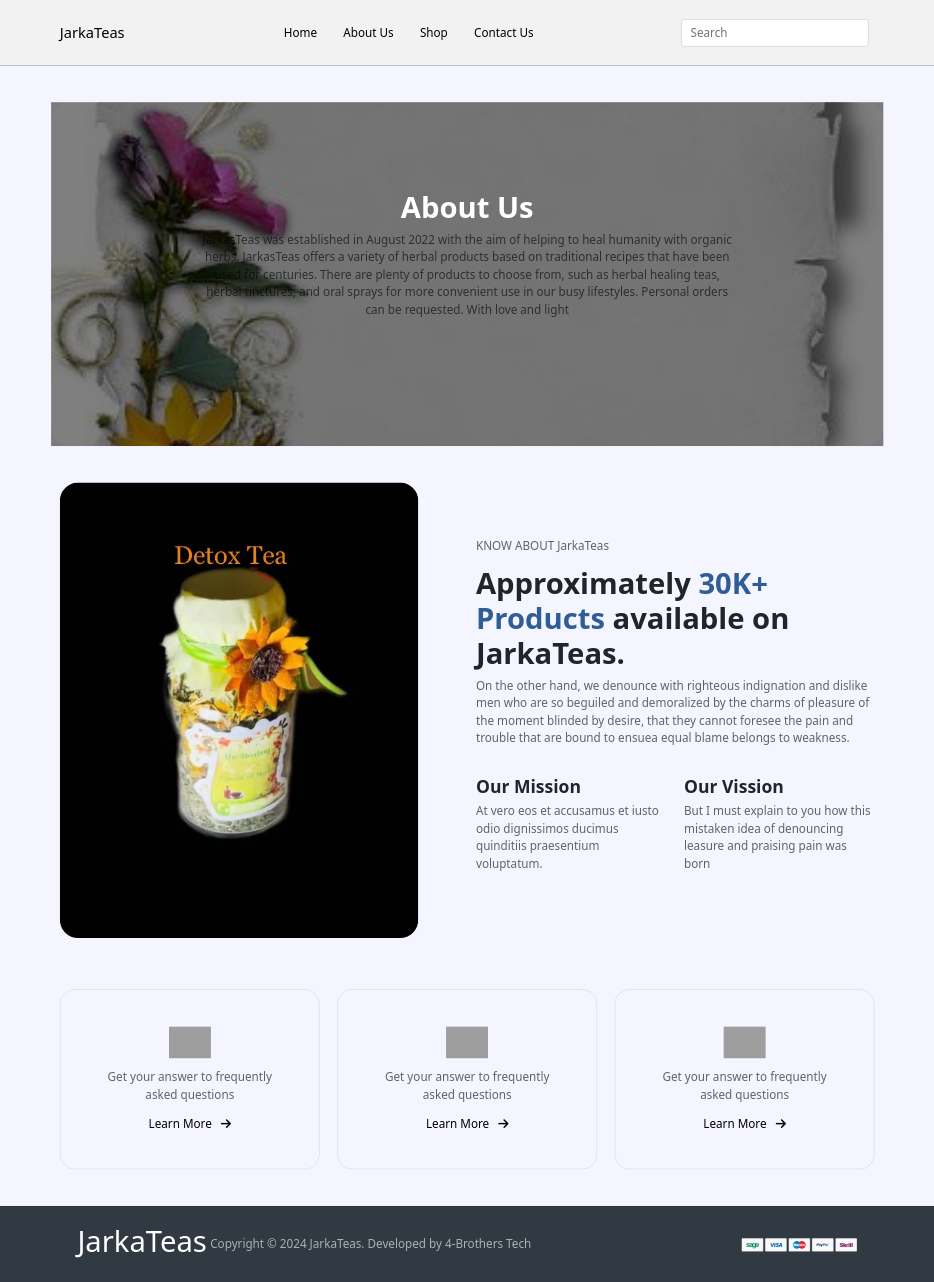
Repository: ZainAkbar51214/jarka
Page: about-us.html
An editor plug-in stored every save of this project. The page is shown before and after the next save, followed by the edit.
The browser window is 1280 px wide. The pictures show the whole page, at 73% of full size.
Pictures or frames that could not be fetched are drawn as grey boxes. Some web libraries are served in a nearby version.

Above is the page before, as saved 2024-06-14 00:43:33.

### about-us.html
<!DOCTYPE html>
<html lang="en">

<head>
    <meta charset="UTF-8">
    <meta name="viewport" content="width=device-width, initial-scale=1.0">
    <title>About Us</title>
    <!-- jquery cdn -->
    <script src="https://ajax.googleapis.com/ajax/libs/jquery/3.2.1/jquery.min.js"></script>

    <!-- Bootstrap cdn -->
    <link href="https://cdn.jsdelivr.net/npm/bootstrap@5.0.2/dist/css/bootstrap.min.css" rel="stylesheet"
        integrity="sha384-EVSTQN3/azprG1Anm3QDgpJLIm9Nao0Yz1ztcQTwFspd3yD65VohhpuuCOmLASjC" crossorigin="anonymous">

    <!-- Fontawesome cdn -->
    <link rel="stylesheet" href="https://cdnjs.cloudflare.com/ajax/libs/font-awesome/6.4.0/css/all.min.css"
        integrity="sha512-iecdLmaskl7CVkqkXNQ/ZH/XLlvWZOJyj7Yy7tcenmpD1ypASozpmT/E0iPtmFIB46ZmdtAc9eNBvH0H/ZpiBw=="
        crossorigin="anonymous" referrerpolicy="no-referrer" />
    <!-- custom css -->
    <link rel="stylesheet" href="css/style.css">
    <!-- responsive css -->
    <link rel="stylesheet" href="css/responsive.css">

    <!-- slider  -->
    <link rel="stylesheet" href="https://cdnjs.cloudflare.com/ajax/libs/slick-carousel/1.8.1/slick-theme.css"
        integrity="sha512-6lLUdeQ5uheMFbWm3CP271l14RsX1xtx+J5x2yeIDkkiBpeVTNhTqijME7GgRKKi6hCqovwCoBTlRBEC20M8Mg=="
        crossorigin="anonymous" referrerpolicy="no-referrer" />
    <link rel="stylesheet" href="https://cdnjs.cloudflare.com/ajax/libs/slick-carousel/1.8.1/slick-theme.min.css"
        integrity="sha512-17EgCFERpgZKcm0j0fEq1YCJuyAWdz9KUtv1EjVuaOz8pDnh/0nZxmU6BBXwaaxqoi9PQXnRWqlcDB027hgv9A=="
        crossorigin="anonymous" referrerpolicy="no-referrer" />
    <link rel="stylesheet" href="https://cdnjs.cloudflare.com/ajax/libs/slick-carousel/1.8.1/slick.css"
        integrity="sha512-wR4oNhLBHf7smjy0K4oqzdWumd+r5/+6QO/vDda76MW5iug4PT7v86FoEkySIJft3XA0Ae6axhIvHrqwm793Nw=="
        crossorigin="anonymous" referrerpolicy="no-referrer" />
    <link rel="stylesheet" href="https://cdnjs.cloudflare.com/ajax/libs/slick-carousel/1.8.1/slick.min.css"
        integrity="sha512-yHknP1/AwR+yx26cB1y0cjvQUMvEa2PFzt1c9LlS4pRQ5NOTZFWbhBig+X9G9eYW/8m0/4OXNx8pxJ6z57x0dw=="
        crossorigin="anonymous" referrerpolicy="no-referrer" />

</head>

<body>
    <div class="container-fluid nav_main">
        <div class="container">
            <div class="row">
                <div class="col-md-12">
                    <nav class="navbar navbar-expand-lg navbar-light">
                        <a class="navbar-brand" href="index.html"> JarkaTeas</a>
                        <button class="navbar-toggler" type="button" data-bs-toggle="collapse"
                            data-bs-target="#navbarSupportedContent" aria-controls="navbarSupportedContent"
                            aria-expanded="false" aria-label="Toggle navigation">
                            <span class="navbar-toggler-icon"></span>
                        </button>
                        <div class="collapse navbar-collapse" id="navbarSupportedContent">
                            <ul class="navbar-nav nav_ul mx-auto mb-2 mb-lg-0">
                                <li class="nav-item">
                                    <a class="nav-link active" aria-current="page" href="index.html">Home</a>
                                </li>
                                <li class="nav-item">
                                    <a class="nav-link" href="about-us.html">About Us</a>
                                </li>
                                <li class="nav-item">
                                    <a class="nav-link" href="shop.html">Shop</a>
                                </li>
                                <li class="nav-item">
                                    <a class="nav-link" href="contact-us.html">Contact Us</a>
                                </li>



                            </ul>
                            <form class="d-flex search-nav">
                                <input class="form-control me-2" type="search" placeholder="Search" aria-label="Search">
                            </form>
                        </div>
                    </nav>
                </div>
            </div>
        </div>
    </div>


    <!-- Hero Section start -->
    <div class="container-fluid about-hero">
        <div class="container">
            <div class="row">
                <div class="col-md-12 text-center about-hero-text">
                    <h1><b>About Us</b></h1>
                    <div class="row">
                        <div class="col-md-2"></div>
                        <div class="col-md-8">
                            <p>JarkasTeas was established in August 2022 with the aim of helping to heal humanity with
                                organic herbs. JarkasTeas offers a variety of herbal products based on traditional
                                recipes that have been used for centuries. There are plenty of products to choose from,
                                such as herbal healing teas, herbal tinctures, and oral sprays for more convenient use
                                in our busy lifestyles. Personal orders can be requested.


                                With love and light</p>
                        </div>
                        <div class="col-md-2"></div>
                    </div>
                </div>

                <div class="col-md-12 about-hero-img">
                    <!-- <img src="img/about-hero-sec.jpeg" width="100%" alt=""> -->
                </div>
            </div>
        </div>
    </div>

    <!-- Approximately Section -->

    <div class="container-fluid approximately">
        <div class="container">
            <div class="row d-flex align-items-center">
                <div class="col-md-6 approximately-img-col">
                    <img src="img/Detox Tea .JPG" width="90%" alt="">
                </div>
                <div class="col-md-6 approximately-text-col">
                    <p>KNOW ABOUT JarkaTeas</p>
                    <h1><b>Approximately <span>30K+ Products</span> available on JarkaTeas.</b></h1>
                    <p>On the other hand, we denounce with righteous indignation and dislike men who are so beguiled and
                        demoralized by the charms of pleasure of the moment blinded by desire, that they cannot foresee
                        the pain and trouble that are bound to ensuea equal blame belongs to weakness.</p>
                    <div class="row approximately-second-row">
                        <div class="col-md-6">
                            <h4><b>Our Mission</b></h4>
                            <p>At vero eos et accusamus et iusto odio dignissimos ducimus quinditiis praesentium
                                voluptatum.</p>
                        </div>
                        <div class="col-md-6">
                            <h4><b>Our Vission</b></h4>
                            <p>But I must explain to you how this mistaken idea of denouncing leasure and praising pain
                                was born</p>
                        </div>
                    </div>
                </div>
            </div>
        </div>
    </div>


    <!-- Get your answer -->
    <div class="container-fluid question-mark">
        <div class="container">
            <div class="row">
                <div class="col-md-4">
                    <div class="box-about">
                        <img src="img/question mark.png" width="58px" alt="">
                        <p>Get your answer to frequently asked questions</p>
                        <a href="">Learn More &nbsp; <i class="fa-solid fa-arrow-right"></i></a>
                    </div>
                </div>
                <div class="col-md-4">
                    <div class="box-about">
                        <img src="img/icon.png" width="58px" alt="">
                        <p>Get your answer to frequently asked questions</p>
                        <a href="">Learn More &nbsp; <i class="fa-solid fa-arrow-right"></i></a>
                    </div>
                </div>
                <div class="col-md-4">
                    <div class="box-about">
                        <img src="img/contact us.png" width="58px" alt="">
                        <p>Get your answer to frequently asked questions</p>
                        <a href="">Learn More &nbsp; <i class="fa-solid fa-arrow-right"></i></a>
                    </div>
                </div>
            </div>
        </div>
    </div>


    <!-- Footer -->
    <div class="container-fluid footer-bg">
        <div class="container">

            <div class="row p-4 align-items-center">
                <div class="col-md-2">
                    <h1> JarkaTeas</h1>
                </div>
                <div class="col-md-8 footer-last">
                    <span class="para">Copyright © 2024 JarkaTeas. Developed by 4-Brothers Tech</span>
                </div>
                <div class="col-md-2 d-flex align-items-end">
                    <a href=""><img src="img/Payment 1.png" width="100%" alt=""></a>
                </div>
            </div>
        </div>
    </div>


    <!-- Bootstrap script -->
    <script src="https://cdn.jsdelivr.net/npm/@popperjs/core@2.9.2/dist/umd/popper.min.js"
        integrity="sha384-IQsoLXl5PILFhosVNubq5LC7Qb9DXgDA9i+tQ8Zj3iwWAwPtgFTxbJ8NT4GN1R8p" crossorigin="anonymous">
    </script>
    <script src="https://cdn.jsdelivr.net/npm/bootstrap@5.0.2/dist/js/bootstrap.min.js"
        integrity="sha384-cVKIPhGWiC2Al4u+LWgxfKTRIcfu0JTxR+EQDz/bgldoEyl4H0zUF0QKbrJ0EcQF" crossorigin="anonymous">
    </script>

</body>

</html>

### css/responsive.css
@media (max-width: 1199px) {
    .counter-bor {
        width: 70px;
    }
}

@media (max-width: 991px) {
    .nav_main {
        background-color: #F2F2F2;
        height: auto;
        display: flex;
        align-items: center;
        border-bottom: none;
    }

    #thumbnails img {
        width: 100px;
        height: 100px;
        margin: 2px;
        cursor: pointer;
        padding: 10px;
    }
}

@media (max-width: 780px) {
    .nav_main {
        background-color: #F2F2F2;
        height: auto;
        display: flex;
        align-items: center;
        border-bottom: none;
    }
}

@media (max-width: 780px) {
    .shoping-cart-flex {
        display: flex;
        justify-content: start;
        align-items: center;
    }
}

@media (max-width: 767px) {
    .input-col .btn-all {
        margin-top: 0px !important;
        width: 100%;
        height: 47px;
        margin-top: 10px !important;
    }
}

@media (max-width: 475px) {
    .sec-bg {
        background-image: url(../img/WhatsApp\ Image\ 2024-06-10\ at\ 10.41.28\ PM.jpeg);
        background-position: center;
        background-repeat: no-repeat;
        background-size: cover;
        width: 100%;
        min-height: 200px;
        display: flex;
        align-items: center;
        margin-top: 30px;
        padding: 0px;
        border-radius: 0px;
    }
    .shop-bg{
        background-position: center !important;
    }

    #thumbnails img {
        width: 85px;
        height: 85px;
        margin: 2px;
        cursor: pointer;
        padding: 10px;
    }
    #main{
        height: 100%!important;
        padding: 0 !important;
    }


    .wrapper {
        padding: 10px 0;
    }

    .right_nav a {
        margin: 5px;
    }

    .bg-linear {
        background-image: linear-gradient(to right, rgba(217, 217, 217, 0.68), rgba(217, 217, 217, 0));
        border-radius: 20px;
    }

    .bg-linear img {
        z-index: -1;
        position: relative;
        border-radius: 20px;
        width: 100%;
    }

    .lookout-col-two {
        margin-top: 30px;
    }

    .box img {
        width: 100%;
    }

    .btn-all {
        background-color: #2F5D98;
        border-radius: 100px;
        font-size: 16px;
        padding-left: 20px;
        padding-right: 20px;
        margin-top: 20px;
        border: transparent !important;
    }

    .btn-all:hover {
        background-color: #2F5D98;
    }

    .shop-our {
        margin-top: 50px;
    }

    .slick-prev {
        display: none !important;
    }

    .slick-next {
        display: none !important;
    }

    .my-slider {
        padding: 0px;
    }
    .my-slider2 {
        padding: 5px;
    }
    .my-slider2 .slick-list .slick-track .slick-slide div .row .col-md-6 img{
        margin-left: 25px !important;
    }
    .review-col{
        text-align: center;
        margin-left: 25px;
    }
    .footer-col-1 {
        display: flex;
        justify-content: center;
    }

    .footer-col-2 {
        text-align: center;
        margin-top: 20px;
    }

    .company-footer h5 {
        opacity: 0.6;
        margin-top: 50px;
    }

    .footer-right h5 {
        margin-top: 50px;
    }

    .input-col button {
        margin-top: 20px !important;
        width: 100%;
        height: 47px;
    }

    .input-col {
        display: flex;
        justify-content: center;
        align-items: center;
        flex-direction: row;
    }

    .leave-review-input-row{
        margin-top: 0;
    }

    /* About Css */
    .about-hero-img {
        margin-top: 0px;
        order: -1;
    }

    .about-hero-text {
        margin-top: 20px;
    }

    .approximately-img-col img {
        width: 100% !important;
    }

    .approximately-text-col {
        margin-top: 20px;
        text-align: center;
    }

    .btn-cart {
        display: flex;
        justify-content: center;
        margin-top: 20px;
    }
}

@media (max-width: 320px) {
    .bg-linear {
        background-image: linear-gradient(to right, rgba(217, 217, 217, 0.68), rgba(217, 217, 217, 0));
        border-radius: 20px;
    }

    .bg-linear img {
        z-index: -1;
        position: relative;
        border-radius: 20px;
        width: 100%;
    }

    .my-slider {
        padding: 10px;
    }

    .lookout-col-two {
        margin-top: 30px;
    }

    .box img {
        width: 100%;
    }

    .box h6 {
        font-size: 10px;
    }

    .box p {
        font-size: 10px;
    }

    .star {
        display: flex;
        width: 60px;
        margin: 0 auto;

    }

    #star {
        font-size: 14px;
        flex: 1;
        text-align: center;
        cursor: pointer;
        border-radius: 100%;
        transition: 1s;
        margin-bottom: 10px;
    }

    .btn-all {
        background-color: #2F5D98;
        border-radius: 100px;
        font-size: 10px;
        padding-left: 10px;
        padding-right: 10px;
        margin-top: 20px;
        border: transparent !important;
    }

    .btn-all:hover {
        background-color: #2F5D98;
    }

    .review-col {
        margin-top: 50px;
    }

    .footer-col-1 {
        display: flex;
        justify-content: center;
    }

    .footer-col-2 {
        text-align: center;
        margin-top: 20px;
    }

    .company-footer h5 {
        opacity: 0.6;
        margin-top: 50px;
    }

    #thumbnails img {
        width: 80px;
        height: 80px;
        margin: 2px;
        cursor: pointer;
        padding: 10px;
    }

    .people-comment-col h5 {
        font-weight: 400;
        font-size: 17px !important;
        margin-top: 20px;
    }

    .leave-review-col-main .star #star {
        font-size: 10px;
    }
}

Loaded but not shown: css/style.css (1523 lines, source omitted)

After the next save:
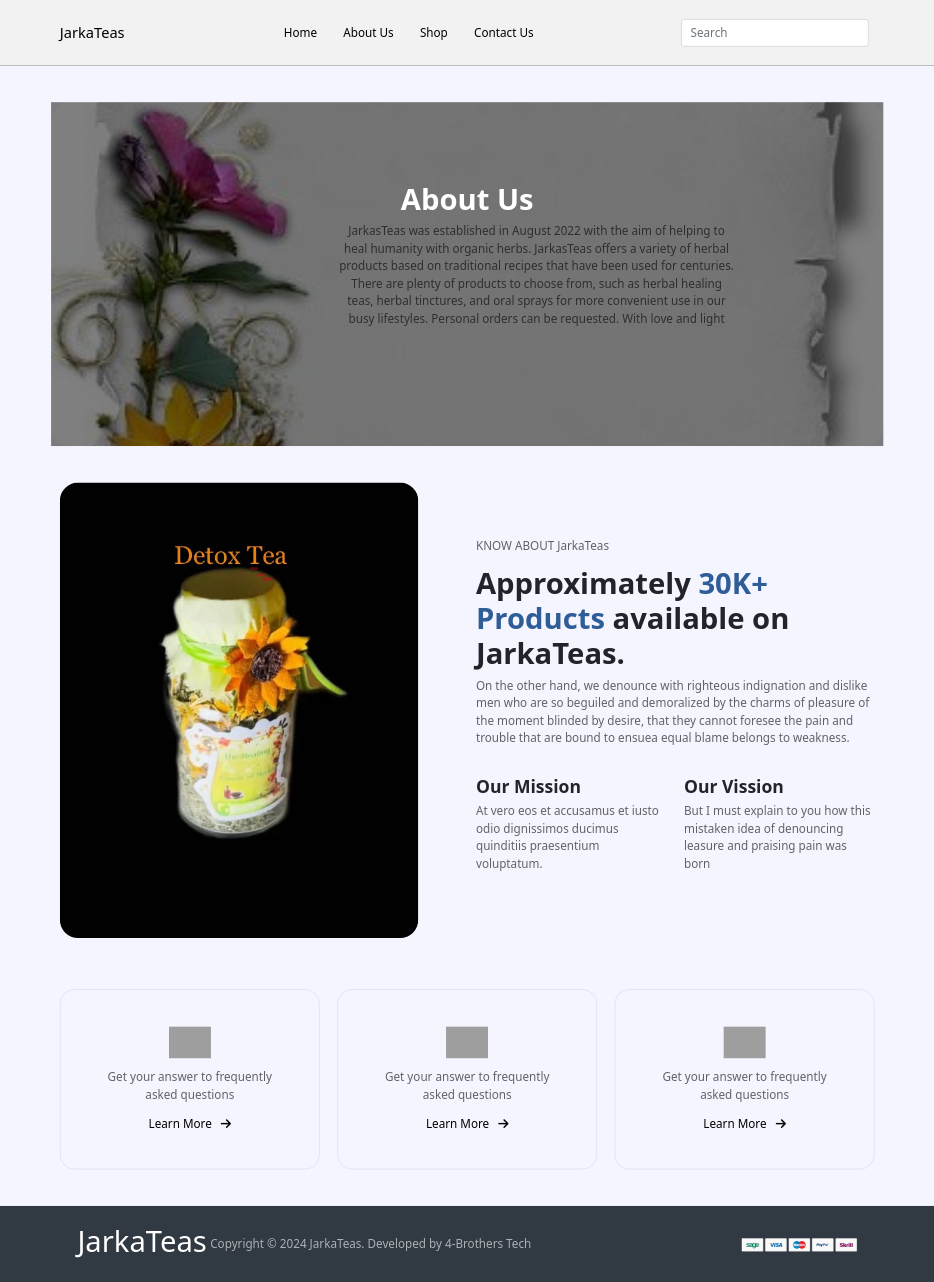
Saved 32 s later.
--- a/about-us.html
+++ b/about-us.html
@@ -85,8 +85,8 @@
                 <div class="col-md-12 text-center about-hero-text">
                     <h1><b>About Us</b></h1>
                     <div class="row">
-                        <div class="col-md-2"></div>
-                        <div class="col-md-8">
+                        <div class="col-md-4"></div>
+                        <div class="col-md-6">
                             <p>JarkasTeas was established in August 2022 with the aim of helping to heal humanity with
                                 organic herbs. JarkasTeas offers a variety of herbal products based on traditional
                                 recipes that have been used for centuries. There are plenty of products to choose from,
@@ -96,7 +96,7 @@
 
                                 With love and light</p>
                         </div>
-                        <div class="col-md-2"></div>
+                        <div class="col-md-4"></div>
                     </div>
                 </div>
 

After the 2 saves that followed:
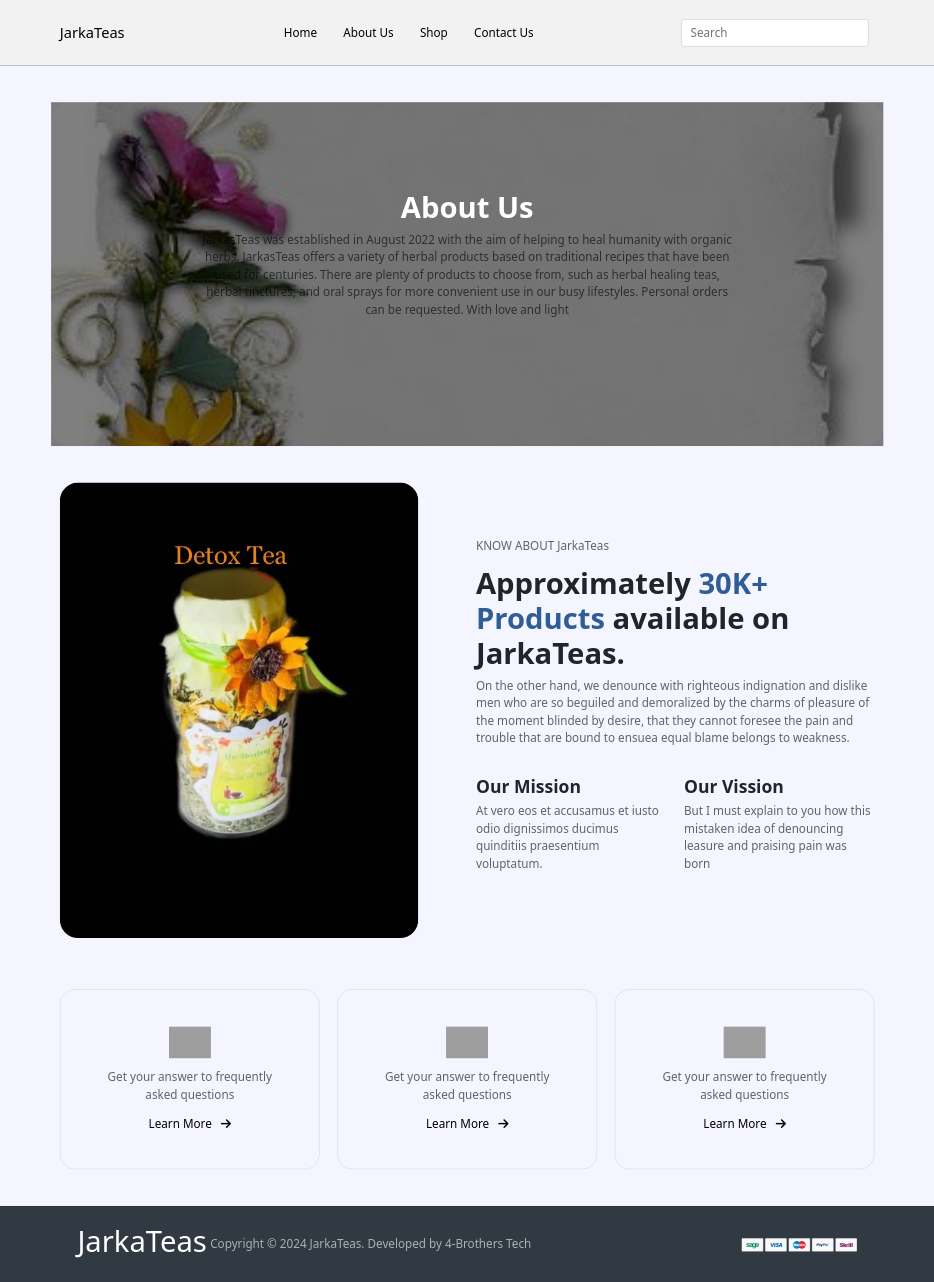
The 2 saves are shown as one change because they came seconds apart.
The last was saved 14 s later.
--- a/about-us.html
+++ b/about-us.html
@@ -85,8 +85,8 @@
                 <div class="col-md-12 text-center about-hero-text">
                     <h1><b>About Us</b></h1>
                     <div class="row">
-                        <div class="col-md-4"></div>
-                        <div class="col-md-6">
+                        <div class="col-md-2"></div>
+                        <div class="col-md-8">
                             <p>JarkasTeas was established in August 2022 with the aim of helping to heal humanity with
                                 organic herbs. JarkasTeas offers a variety of herbal products based on traditional
                                 recipes that have been used for centuries. There are plenty of products to choose from,
@@ -96,7 +96,7 @@
 
                                 With love and light</p>
                         </div>
-                        <div class="col-md-4"></div>
+                        <div class="col-md-2"></div>
                     </div>
                 </div>
 
